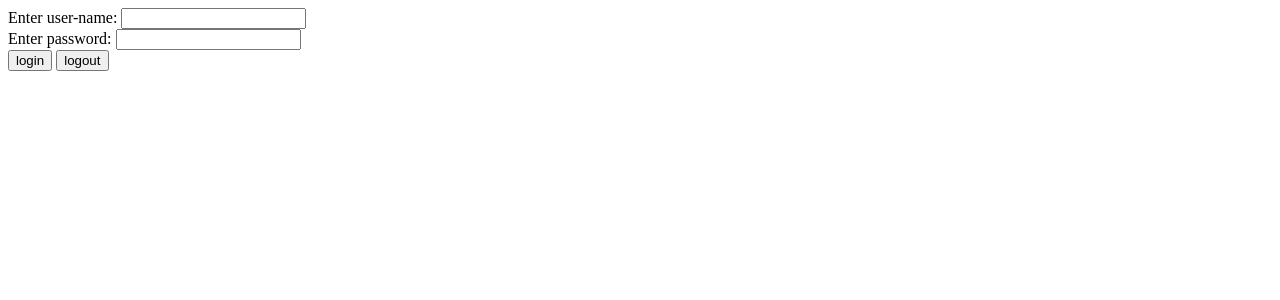
Repository: TheSonett/Java
Page: http://localhost/Login_System/login.jsp
These files come from the project's save history. The page is drawn as it stood at one moment and after the next save; the edit follows.
The browser window is 1280 px wide. The pictures show the whole page.
The page is served by Tomcat 10.

Above is the page before, as saved 2023-08-01 07:17:43.

After the next save:
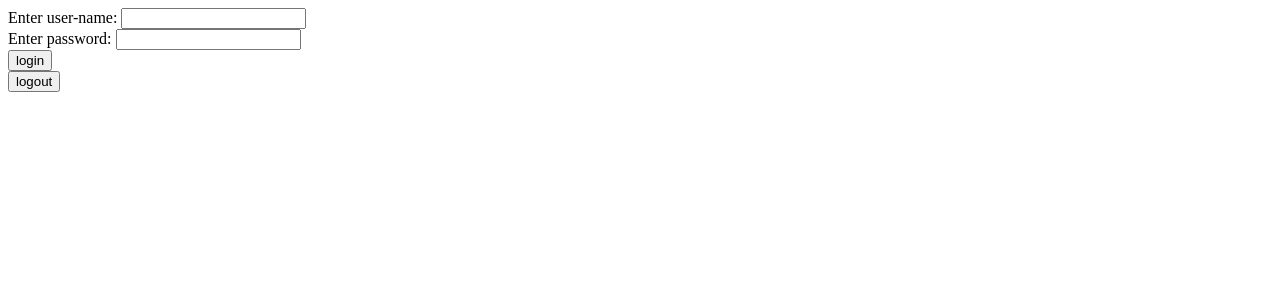
Saved 8 s later.
--- a/Java Servlet/Login System/src/main/webapp/login.jsp
+++ b/Java Servlet/Login System/src/main/webapp/login.jsp
@@ -11,9 +11,9 @@
 		Enter user-name: <input type="text" name="username"><br>
 		Enter password: <input type="password" name="password"><br>
 		<input type="submit" value="login">
-		<form action="LogoutServlet">
-			<input type="submit" value="logout">
-		</form>
+	</form>
+	<form action="LogoutServlet">
+		<input type="submit" value="logout">
 	</form>
 </body>
 </html>
